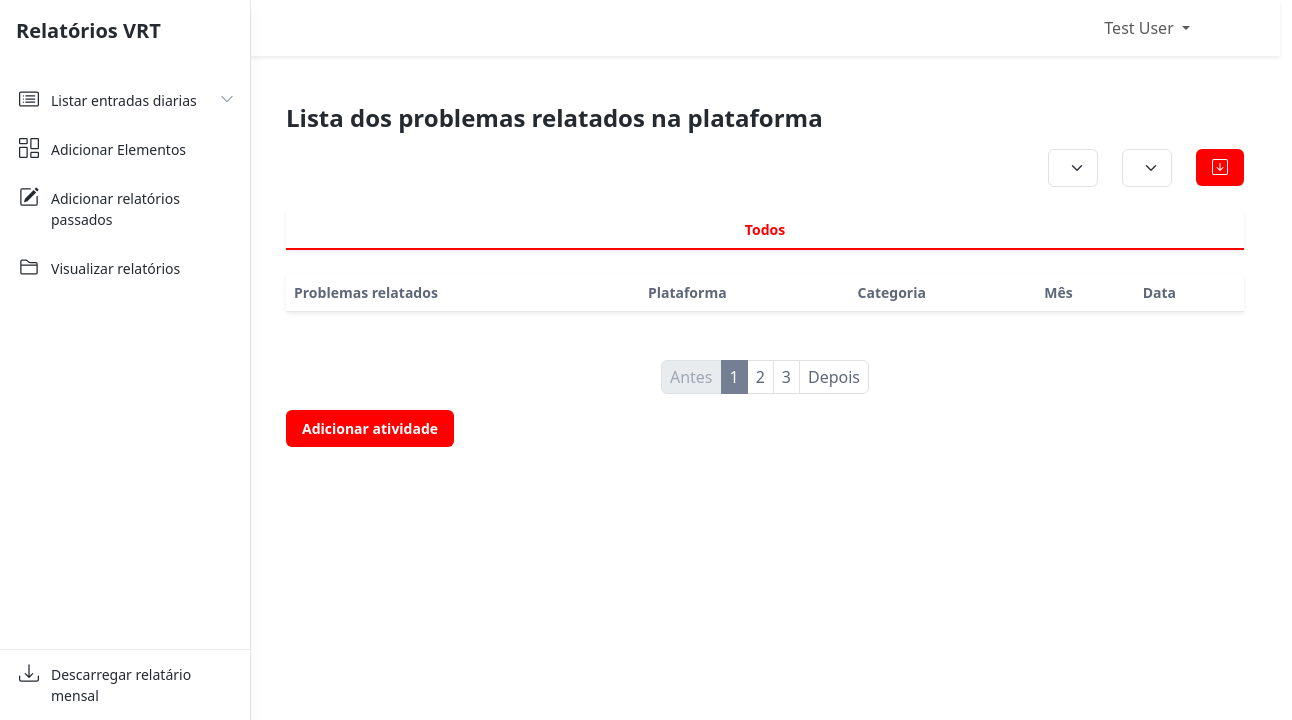
Repository: Yolanda-Marchone/Relatorios
Page: http://localhost/home
An editor plug-in stored every save of this project. The page is shown before and after the next save, followed by the edit.
The browser window is 1280 px wide. The page is 1292 px wide, so the pictures cover 1292 px, including what lies to the right of the window. The pictures show the whole page.
The page is served by the project's Laravel application, run on PHP 8.4 with Laravel 10. A made-up administrator, Test User (test@example.com), is signed in. Other server files are loaded and not shown. Style sheets and scripts are compiled from the project's sources, by tool versions that may differ from the author's. Queries for data that is not in the repository find no rows.

Above is the page before, as saved 2024-05-23 10:44:16.
Console error: TypeError: Cannot read properties of null (reading 'addEventListener')

### routes/web.php
<?php

use App\Models\Categorias;
use App\Models\Mes;
use App\Models\Rela_plataforma;
use App\Models\Relatorio_mensal;
use App\Models\User;
use Barryvdh\DomPDF\Facade\Pdf;
use GuzzleHttp\Psr7\Request;
use Illuminate\Support\Facades\Route;
use Dompdf\Dompdf;
use Dompdf\Options;

/*
|--------------------------------------------------------------------------
| Web Routes
|--------------------------------------------------------------------------
|
| Here is where you can register web routes for your application. These
| routes are loaded by the RouteServiceProvider and all of them will
| be assigned to the "web" middleware group. Make something great!
|
*/

Route::get('/', function () {
    return view('welcome');
});




Auth::routes();

Route::get('/home', [App\Http\Controllers\PlataformaController::class, 'exibir_dados_plataforma'])->name('layouts/plataforma')->middleware('auth');

Route::get('/lista_plataforma', [App\Http\Controllers\PlataformaController::class, 'exibir_dados_plataforma'])->name('layouts/plataforma')->middleware('auth');

Route::get('/lista_atividades', [App\Http\Controllers\AtividadesController::class, 'exibir_dados_atividade'])->name('layouts/atividade')->middleware('auth');

Route::get('/atividades', [App\Http\Controllers\AtividadesController::class, 'exibir_dados'])->name('layouts/cadastraratividade')->middleware('auth');

Route::get('/plataforma', [App\Http\Controllers\PlataformaController::class, 'exibir_dados'])->name('layouts/cadastrarplataforma')->middleware('auth');

Route::post('/submeter_plataformas', [App\Http\Controllers\PlataformaController::class, 'criar_relatorio_plataforma'])->name('layouts/plataforma');

Route::post('/submeter_atividades', [\App\Http\Controllers\AtividadesController::class, 'criar_relatorio_atividade'])->name('layouts/atividades');

Route::get('/gerarpdf', [\App\Http\Controllers\AtividadesController::class, 'download']);

Route::get('/selecionarmes', [\App\Http\Controllers\AtividadesController::class, 'selectmes'])->name('layouts/pdfatividades');

Route::get('/testeview', [App\Http\Controllers\AtividadesController::class, 'teste'])->name('layouts/relatorio_PDF')->middleware('auth');

Route::get('/pdf', [App\Http\Controllers\PlataformaController::class, 'pdf']);

Route::get('/adicionar', [App\Http\Controllers\PlataformaController::class, 'adicionar_elementos'])->name('layouts/adicionar_elementos')->middleware('auth');

Route::post('/submeter_categoria', [App\Http\Controllers\PlataformaController::class, 'criar_categoria'])->name('layouts/plataforma');

Route::post('/submeter_plataforma', [App\Http\Controllers\PlataformaController::class, 'criar_plataforma'])->name('layouts/plataforma');

Route::post('/submeter_estado', [\App\Http\Controllers\AtividadesController::class, 'criar_estado'])->name('layouts/atividades');

Route::post('/submeter_solicitante', [\App\Http\Controllers\AtividadesController::class, 'criar_solicitante'])->name('layouts/atividades');

Route::get('/editar_atividades/{id}', [\App\Http\Controllers\AtividadesController::class, 'editarAtividade'])->name('layouts/editaratividades');

Route::put('/salvar_atividades/{id}', [\App\Http\Controllers\AtividadesController::class, 'editar_atividade'])->name('layouts/atividades');

Route::delete('/apagar_atividades/{id}', [\App\Http\Controllers\AtividadesController::class, 'excluir_atividade'])->name('layouts/atividades');

Route::get('/editar_plataforma/{id}', [\App\Http\Controllers\PlataformaController::class, 'editarPlataforma'])->name('layouts/editarplataforma');

Route::put('/salvar_plataforma/{id}', [\App\Http\Controllers\PlataformaController::class, 'editar_plataforma'])->name('layouts/plataforma');

Route::delete('/apagar_plataforma/{id}', [\App\Http\Controllers\PlataformaController::class, 'excluir_plataforma'])->name('layouts/plataforma');


Route:: get ('/3', function(){
$pdf= Pdf::loadView('layouts\teste');
return $pdf->download('teste.pdf');

});




Route::get('/gerar-pdf', function () {
    // Cria uma instância do Dompdf com opções padrão
    $dompdf= new Dompdf ();


    // Renderiza a view em HTML
    $html = view('layouts\teste')->render();

    // Carrega o HTML no Dompdf
    $dompdf->loadHtml($html);

    // Define o tamanho do papel e a orientação
    $dompdf->setPaper('A4', 'portrait');

    // Renderiza o PDF
    $dompdf->render();

    // Saída do PDF
    return $dompdf->stream('relatorio.pdf');
});

### app/Models/User.php
<?php

namespace App\Models;

// use Illuminate\Contracts\Auth\MustVerifyEmail;
use Illuminate\Database\Eloquent\Factories\HasFactory;
use Illuminate\Foundation\Auth\User as Authenticatable;
use Illuminate\Notifications\Notifiable;
use Laravel\Sanctum\HasApiTokens;

class User extends Authenticatable
{
    use HasApiTokens, HasFactory, Notifiable;

    /**
     * The attributes that are mass assignable.
     *
     * @var array<int, string>
     */
    protected $fillable = [
        'name',
        'email',
        'password',
    ];

    /**
     * The attributes that should be hidden for serialization.
     *
     * @var array<int, string>
     */
    protected $hidden = [
        'password',
        'remember_token',
    ];

    /**
     * The attributes that should be cast.
     *
     * @var array<string, string>
     */
    protected $casts = [
        'email_verified_at' => 'datetime',
        'password' => 'hashed',
    ];



    public function relatorio_mensal()
    {
        return $this->hasMany(Relatorio_mensal::class);

    }


}

### app/Models/Relatorio_mensal.php
<?php

namespace App\Models;

use Illuminate\Database\Eloquent\Factories\HasFactory;
use Illuminate\Database\Eloquent\Model;

class Relatorio_mensal extends Model
{
    use HasFactory;
    protected $table = 'relatorio_mensal';
    protected $fillable = ['id', 'ano', 'id_mes', 'id_plataforma', 'id_usuario', 'id_categoria', 'descricao','disponibilidade'];


    public function meses()
{
    return $this->belongsTo(Mes::class, 'id_mes');
}

public function plataformas()
{
    return $this->belongsTo(Plataformas::class, 'id_plataforma');
}
public function categorias()
{
    return $this->belongsTo(Categorias::class, 'id_categoria');
}

public function usuarios()
{
    return $this->belongsTo(User::class, 'id_usuario');
}

}

### resources/views/layouts/app.blade.php
<!doctype html>
<html lang="{{ str_replace('_', '-', app()->getLocale()) }}">
<head>
    <meta charset="utf-8">
    <meta name="viewport" content="width=device-width, initial-scale=1">

    <!-- CSRF Token -->
    <meta name="csrf-token" content="{{ csrf_token() }}">

    <title>Relatórios</title>

    <!-- Fonts -->
    <link rel="dns-prefetch" href="//fonts.bunny.net">
    <script defer src="resources/js/all.min.js"></script>
    <link id="theme-style" rel="stylesheet" href="resources/css/ap.css">

    <!-- Scripts -->
@vite(['resources/css/ap.css', 'resources/js/app.js'])

</head>
<body>
    <div id="app">

        <nav class="navbar navbar-expand-md navbar-light bg-white shadow-sm">
            <div class="container">
                <a class="navbar-brand" href="{{ url('/') }}">

                </a>
                <button class="navbar-toggler" type="button" data-bs-toggle="collapse" data-bs-target="#navbarSupportedContent" aria-controls="navbarSupportedContent" aria-expanded="false" aria-label="{{ __('Toggle navigation') }}">
                    <span class="navbar-toggler-icon"></span>
                </button>

                <div class="collapse navbar-collapse" id="navbarSupportedContent">
                    <!-- Left Side Of Navbar -->
                    <ul class="navbar-nav me-auto">

                    </ul>

                    <!-- Right Side Of Navbar -->
                    <ul class="navbar-nav ms-auto">
                        <!-- Authentication Links -->
                        @guest
                            @if (Route::has('login'))
                                <li class="nav-item">
                                    <a class="nav-link" href="{{ route('login') }}">{{ __('Entrar') }}</a>
                                </li>
                            @endif

                            @if (Route::has('register'))
                                <li class="nav-item">
                                    <a class="nav-link" href="{{ route('register') }}">{{ __('Cadastrar') }}</a>
                                </li>
                            @endif
                        @else
                            <li class="nav-item dropdown">
                                <a id="navbarDropdown" class="nav-link dropdown-toggle" href="#" role="button" data-bs-toggle="dropdown" aria-haspopup="true" aria-expanded="false" v-pre>
                                    {{ Auth::user()->name }}
                                </a>

                                <div class="dropdown-menu dropdown-menu-end" aria-labelledby="navbarDropdown">
                                    <a class="dropdown-item" href="{{ route('logout') }}"
                                       onclick="event.preventDefault();
                                                     document.getElementById('logout-form').submit();">
                                        {{ __('Sair') }}
                                    </a>

                                    <form id="logout-form" action="{{ route('logout') }}" method="POST" class="d-none">
                                        @csrf
                                    </form>
                                </div>
                            </li>
                        @endguest
                    </ul>
                </div>
            </div>

        </nav>


        <div id="app-sidepanel" class="app-sidepanel">
	        <div id="sidepanel-drop" class="sidepanel-drop"></div>
	        <div class="sidepanel-inner d-flex flex-column">
		        <a href="#" id="sidepanel-close" class="sidepanel-close d-xl-none">&times;</a>
		        <div class="app-branding">
		            <a class="app-logo" href="{{ url('/') }}"><span class="logo-text">Relatórios VRT</span></a>

		        </div><!--//app-branding-->


			    <nav id="app-nav-main" class="app-nav app-nav-main flex-grow-1">
				    <ul class="app-menu list-unstyled accordion" id="menu-accordion">


               <li class="nav-item has-submenu">
					        <!--//Bootstrap Icons: https://icons.getbootstrap.com/ -->
					        <a class="nav-link submenu-toggle" href="#" data-bs-toggle="collapse" data-bs-target="#submenu-2" aria-expanded="false" aria-controls="submenu-2">
						        <span class="nav-icon">
						        <!--//Bootstrap Icons: https://icons.getbootstrap.com/ -->
			        <svg width="1em" height="1em" viewBox="0 0 16 16" class="bi bi-card-list" fill="currentColor" xmlns="http://www.w3.org/2000/svg">
  <path fill-rule="evenodd" d="M14.5 3h-13a.5.5 0 0 0-.5.5v9a.5.5 0 0 0 .5.5h13a.5.5 0 0 0 .5-.5v-9a.5.5 0 0 0-.5-.5zm-13-1A1.5 1.5 0 0 0 0 3.5v9A1.5 1.5 0 0 0 1.5 14h13a1.5 1.5 0 0 0 1.5-1.5v-9A1.5 1.5 0 0 0 14.5 2h-13z"/>
  <path fill-rule="evenodd" d="M5 8a.5.5 0 0 1 .5-.5h7a.5.5 0 0 1 0 1h-7A.5.5 0 0 1 5 8zm0-2.5a.5.5 0 0 1 .5-.5h7a.5.5 0 0 1 0 1h-7a.5.5 0 0 1-.5-.5zm0 5a.5.5 0 0 1 .5-.5h7a.5.5 0 0 1 0 1h-7a.5.5 0 0 1-.5-.5z"/>
  <circle cx="3.5" cy="5.5" r=".5"/>
  <circle cx="3.5" cy="8" r=".5"/>
  <circle cx="3.5" cy="10.5" r=".5"/>
</svg>
						         </span>
		                         <span class="nav-link-text">Listar entradas diarias</span>
		                         <span class="submenu-arrow">
		                             <svg width="1em" height="1em" viewBox="0 0 16 16" class="bi bi-chevron-down" fill="currentColor" xmlns="http://www.w3.org/2000/svg">
	  <path fill-rule="evenodd" d="M1.646 4.646a.5.5 0 0 1 .708 0L8 10.293l5.646-5.647a.5.5 0 0 1 .708.708l-6 6a.5.5 0 0 1-.708 0l-6-6a.5.5 0 0 1 0-.708z"/>
	</svg>
	                             </span><!--//submenu-arrow-->
					        </a><!--//nav-link-->
					        <div id="submenu-1" class="collapse submenu submenu-1" data-bs-parent="#menu-accordion">
						        <ul class="submenu-list list-unstyled">
							        <li class="submenu-item"><a class="submenu-link" href="{{ url('/lista_atividades') }}">Atividades</a></li>
							        <li class="submenu-item"><a class="submenu-link" href="{{ url('/lista_plataforma') }}">Plataforma</a></li>
						        </ul>
					        </div>
					    </li><!--//nav-item-->

                        <li class="nav-item">
					        <!--//Bootstrap Icons: https://icons.getbootstrap.com/ -->
					        <a class="nav-link" href="{{ url('/adicionar') }}">
						        <span class="nav-icon">
                                <svg width="1em" height="1em" viewBox="0 0 16 16" class="bi bi-columns-gap" fill="currentColor" xmlns="http://www.w3.org/2000/svg">
	  <path fill-rule="evenodd" d="M6 1H1v3h5V1zM1 0a1 1 0 0 0-1 1v3a1 1 0 0 0 1 1h5a1 1 0 0 0 1-1V1a1 1 0 0 0-1-1H1zm14 12h-5v3h5v-3zm-5-1a1 1 0 0 0-1 1v3a1 1 0 0 0 1 1h5a1 1 0 0 0 1-1v-3a1 1 0 0 0-1-1h-5zM6 8H1v7h5V8zM1 7a1 1 0 0 0-1 1v7a1 1 0 0 0 1 1h5a1 1 0 0 0 1-1V8a1 1 0 0 0-1-1H1zm14-6h-5v7h5V1zm-5-1a1 1 0 0 0-1 1v7a1 1 0 0 0 1 1h5a1 1 0 0 0 1-1V1a1 1 0 0 0-1-1h-5z"/>
	</svg>

</svg>
						         </span>
		                         <span class="nav-link-text">Adicionar Elementos</span>

					        </a><!--//nav-link-->
					    </li><!--//nav-item-->

                        <li class="nav-item">
					        <!--//Bootstrap Icons: https://icons.getbootstrap.com/ -->
					        <a class="nav-link" href="{{ url('/adicionar') }}">
						        <span class="nav-icon">
                                <svg xmlns="http://www.w3.org/2000/svg" width="16" height="16" fill="currentColor" class="bi bi-pencil-square" viewBox="0 0 16 16">
  <path d="M15.502 1.94a.5.5 0 0 1 0 .706L14.459 3.69l-2-2L13.502.646a.5.5 0 0 1 .707 0l1.293 1.293zm-1.75 2.456-2-2L4.939 9.21a.5.5 0 0 0-.121.196l-.805 2.414a.25.25 0 0 0 .316.316l2.414-.805a.5.5 0 0 0 .196-.12l6.813-6.814z"/>
  <path fill-rule="evenodd" d="M1 13.5A1.5 1.5 0 0 0 2.5 15h11a1.5 1.5 0 0 0 1.5-1.5v-6a.5.5 0 0 0-1 0v6a.5.5 0 0 1-.5.5h-11a.5.5 0 0 1-.5-.5v-11a.5.5 0 0 1 .5-.5H9a.5.5 0 0 0 0-1H2.5A1.5 1.5 0 0 0 1 2.5z"/>
</svg>
</svg>
						         </span>
                                 <span class="nav-link-text">Adicionar relatórios passados</span>

					        </a><!--//nav-link-->
                            <div id="submenu-2" class="collapse submenu submenu-2" data-bs-parent="#menu-accordion">
						        <ul class="submenu-list list-unstyled">
							        <li class="submenu-item"><a class="submenu-link" href="{{ url('/lista_atividades') }}">Atividades</a></li>
							        <li class="submenu-item"><a class="submenu-link" href="{{ url('/lista_plataforma') }}">Plataforma</a></li>
						        </ul>
					        </div>
					    </li><!--//nav-item-->           <li class="nav-item">
					        <!--//Bootstrap Icons: https://icons.getbootstrap.com/ -->
					        <a class="nav-link" href="{{ url('/adicionar') }}">
						        <span class="nav-icon">
                                <svg xmlns="http://www.w3.org/2000/svg" width="16" height="16" fill="currentColor" class="bi bi-folder2" viewBox="0 0 16 16">
  <path d="M1 3.5A1.5 1.5 0 0 1 2.5 2h2.764c.958 0 1.76.56 2.311 1.184C7.985 3.648 8.48 4 9 4h4.5A1.5 1.5 0 0 1 15 5.5v7a1.5 1.5 0 0 1-1.5 1.5h-11A1.5 1.5 0 0 1 1 12.5zM2.5 3a.5.5 0 0 0-.5.5V6h12v-.5a.5.5 0 0 0-.5-.5H9c-.964 0-1.71-.629-2.174-1.154C6.374 3.334 5.82 3 5.264 3zM14 7H2v5.5a.5.5 0 0 0 .5.5h11a.5.5 0 0 0 .5-.5z"/>
</svg>

</svg>
						         </span>

                                 <span class="nav-link-text">Visualizar relatórios</span>
					        </a><!--//nav-link-->
					    </li><!--//nav-item-->



					        </a><!--//nav-link-->
					    </li><!--//nav-item-->
				    </ul><!--//app-menu-->
			    </nav><!--//app-nav-->



			    <div class="app-sidepanel-footer">
				    <nav class="app-nav app-nav-footer">
					    <ul class="app-menu footer-menu list-unstyled">
						   <li class="nav-item">
						        <!--//Bootstrap Icons: https://icons.getbootstrap.com/ -->
						        <a class="nav-link" href="/lista_plataforma">
							        <span class="nav-icon">
							            <svg width="1em" height="1em" viewBox="0 0 16 16" class="bi bi-download" fill="currentColor" xmlns="http://www.w3.org/2000/svg">
	  <path fill-rule="evenodd" d="M.5 9.9a.5.5 0 0 1 .5.5v2.5a1 1 0 0 0 1 1h12a1 1 0 0 0 1-1v-2.5a.5.5 0 0 1 1 0v2.5a2 2 0 0 1-2 2H2a2 2 0 0 1-2-2v-2.5a.5.5 0 0 1 .5-.5z"/>
	  <path fill-rule="evenodd" d="M7.646 11.854a.5.5 0 0 0 .708 0l3-3a.5.5 0 0 0-.708-.708L8.5 10.293V1.5a.5.5 0 0 0-1 0v8.793L5.354 8.146a.5.5 0 1 0-.708.708l3 3z"/>
	</svg>
							        </span>
			                        <span class="nav-link-text">Descarregar relatário mensal</span>
						        </a><!--//nav-link-->
						    </li><!--//nav-item-->


					    </ul><!--//footer-menu-->
				    </nav>
			    </div><!--//app-sidepanel-footer-->

	        </div><!--//sidepanel-inner-->
	    </div><!--//app-sidepanel-->

        <main class="py-4">
            @yield('content')
        </main>
    </div>
</body>
</html>

Loaded but not shown: app/Http/Controllers/Auth/ConfirmPasswordController.php (common file); app/Http/Controllers/Controller.php (common file); resources/css/ap.css (library); app/Http/Controllers/PlataformaController.php (427 lines, source omitted); resources/views/layouts/plataforma.blade.php (222 lines, source omitted)

After the next save:
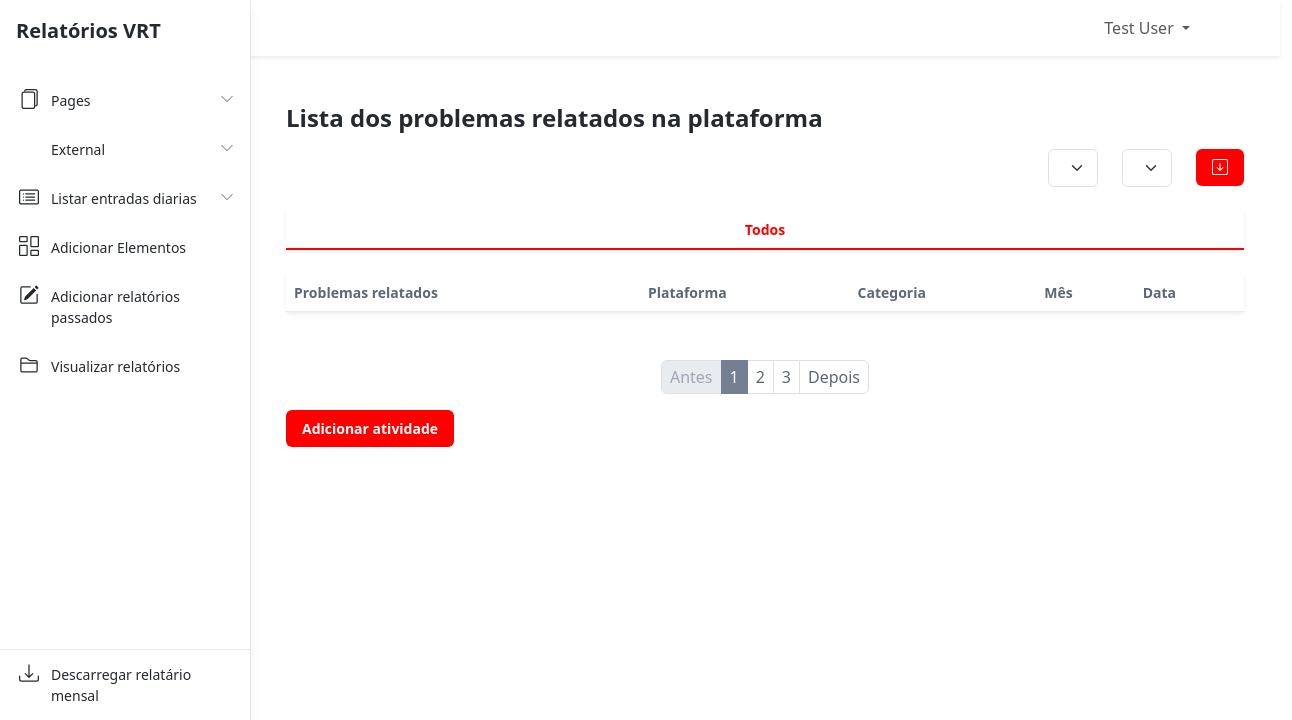
Saved 65 s later.
--- a/resources/views/layouts/app.blade.php
+++ b/resources/views/layouts/app.blade.php
@@ -90,7 +90,53 @@
 			    <nav id="app-nav-main" class="app-nav app-nav-main flex-grow-1">
 				    <ul class="app-menu list-unstyled accordion" id="menu-accordion">
 
-
+                    <li class="nav-item has-submenu">
+					        <!--//Bootstrap Icons: https://icons.getbootstrap.com/ -->
+					        <a class="nav-link submenu-toggle" href="#" data-bs-toggle="collapse" data-bs-target="#submenu-1" aria-expanded="false" aria-controls="submenu-1">
+						        <span class="nav-icon">
+						        <!--//Bootstrap Icons: https://icons.getbootstrap.com/ -->
+						        <svg width="1em" height="1em" viewBox="0 0 16 16" class="bi bi-files" fill="currentColor" xmlns="http://www.w3.org/2000/svg">
+	  <path fill-rule="evenodd" d="M4 2h7a2 2 0 0 1 2 2v10a2 2 0 0 1-2 2H4a2 2 0 0 1-2-2V4a2 2 0 0 1 2-2zm0 1a1 1 0 0 0-1 1v10a1 1 0 0 0 1 1h7a1 1 0 0 0 1-1V4a1 1 0 0 0-1-1H4z"/>
+	  <path d="M6 0h7a2 2 0 0 1 2 2v10a2 2 0 0 1-2 2v-1a1 1 0 0 0 1-1V2a1 1 0 0 0-1-1H6a1 1 0 0 0-1 1H4a2 2 0 0 1 2-2z"/>
+	</svg>
+						         </span>
+		                         <span class="nav-link-text">Pages</span>
+		                         <span class="submenu-arrow">
+		                             <svg width="1em" height="1em" viewBox="0 0 16 16" class="bi bi-chevron-down" fill="currentColor" xmlns="http://www.w3.org/2000/svg">
+	  <path fill-rule="evenodd" d="M1.646 4.646a.5.5 0 0 1 .708 0L8 10.293l5.646-5.647a.5.5 0 0 1 .708.708l-6 6a.5.5 0 0 1-.708 0l-6-6a.5.5 0 0 1 0-.708z"/>
+	</svg>
+	                             </span><!--//submenu-arrow-->
+					        </a><!--//nav-link-->
+					        <div id="submenu-1" class="collapse submenu submenu-1" data-bs-parent="#menu-accordion">
+						        <ul class="submenu-list list-unstyled">
+							        <li class="submenu-item"><a class="submenu-link" href="notifications.html">Notifications</a></li>
+							        <li class="submenu-item"><a class="submenu-link" href="account.html">Account</a></li>
+							        <li class="submenu-item"><a class="submenu-link" href="settings.html">Settings</a></li>
+						        </ul>
+					        </div>
+					    </li><!--//nav-item-->
+					    <li class="nav-item has-submenu">
+					        <!--//Bootstrap Icons: https://icons.getbootstrap.com/ -->
+					        <a class="nav-link submenu-toggle" href="#" data-bs-toggle="collapse" data-bs-target="#submenu-2" aria-expanded="false" aria-controls="submenu-2">
+						        <span class="nav-icon">
+						        <!--//Bootstrap Icons: https://icons.getbootstrap.com/ -->
+						         </span>
+		                         <span class="nav-link-text">External</span>
+		                         <span class="submenu-arrow">
+		                             <svg width="1em" height="1em" viewBox="0 0 16 16" class="bi bi-chevron-down" fill="currentColor" xmlns="http://www.w3.org/2000/svg">
+	  <path fill-rule="evenodd" d="M1.646 4.646a.5.5 0 0 1 .708 0L8 10.293l5.646-5.647a.5.5 0 0 1 .708.708l-6 6a.5.5 0 0 1-.708 0l-6-6a.5.5 0 0 1 0-.708z"/>
+	</svg>
+	                             </span><!--//submenu-arrow-->
+					        </a><!--//nav-link-->
+					        <div id="submenu-2" class="collapse submenu submenu-2" data-bs-parent="#menu-accordion">
+						        <ul class="submenu-list list-unstyled">
+							        <li class="submenu-item"><a class="submenu-link" href="login.html">Login</a></li>
+							        <li class="submenu-item"><a class="submenu-link" href="signup.html">Signup</a></li>
+							        <li class="submenu-item"><a class="submenu-link" href="reset-password.html">Reset password</a></li>
+							        <li class="submenu-item"><a class="submenu-link" href="404.html">404 page</a></li>
+						        </ul>
+					        </div>
+					    </li><!--//nav-item-->
                <li class="nav-item has-submenu">
 					        <!--//Bootstrap Icons: https://icons.getbootstrap.com/ -->
 					        <a class="nav-link submenu-toggle" href="#" data-bs-toggle="collapse" data-bs-target="#submenu-2" aria-expanded="false" aria-controls="submenu-2">
